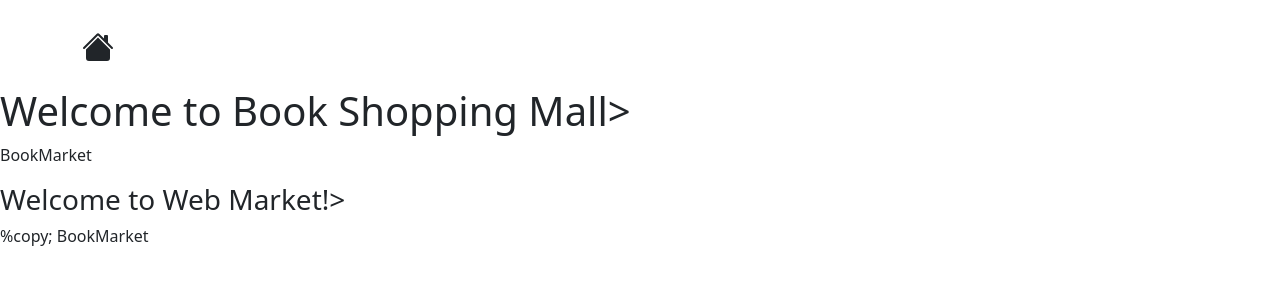
Repository: sanghyunlee7680/JSP-practice
Page: http://localhost/bookmarket/
These files come from the project's save history. The page is drawn as it stood at one moment and after the next save; the edit follows.
The browser window is 1280 px wide. The pictures show the whole page.
The page is served by Tomcat 10. Other server files are loaded and not shown.

Above is the page before, as saved 2024-10-08 02:28:51.

### bookmarket/src/main/webapp/welcome.jsp
<%@ page language="java" contentType="text/html; charset=UTF-8"
    pageEncoding="UTF-8"%>
<!DOCTYPE html>
<html>
<head>
<meta charset="UTF-8">
<title>Insert title here</title>
<link href="https://cdn.jsdelivr.net/npm/bootstrap@5.3.0-alpha1/dist/css/bootstrap.min.css" rel="stylesheet">
</head>
<body>
	<div>
		<header class="container py-4">
			<a>
				<svg  width="32" height="32" fill="currentColor" class="bi bi-house-fill" viewBox="0 0 16 16">
            		<path d="M8.707 1.5a1 1 0 0 0-1.414 0L.646 8.146a.5.5 0 0 0 .708.708L8 2.207l6.646 6.647a.5.5 0 0 0 .708-.708L13 5.793V2.5a.5.5 0 0 0-.5-.5h-1a.5.5 0 0 0-.5.5v1.293L8.707 1.5Z"/>
            		<path d="m8 3.293 6 6V13.5a1.5 1.5 0 0 1-1.5 1.5h-9A1.5 1.5 0 0 1 2 13.5V9.293l6-6Z"/>
        		</svg>
        		<span class="fs-4")Home</span>
			</a>
		</header>
		<%!
		String greeting = "Welcome to Book Shopping Mall";
		String tagline = "Welcome to Web Market!";
		%>
		<div>
			<h1><%=greeting  %>></h1>
			<p>BookMarket</p>
		</div>
		<div>
			<div>
				<div>
					<h3><%=tagline  %>></h3>
				</div>
			</div>
		</div>
		<footer>
			%copy; BookMarket
		</footer>
	</div>

</body>
</html>

After the next save:
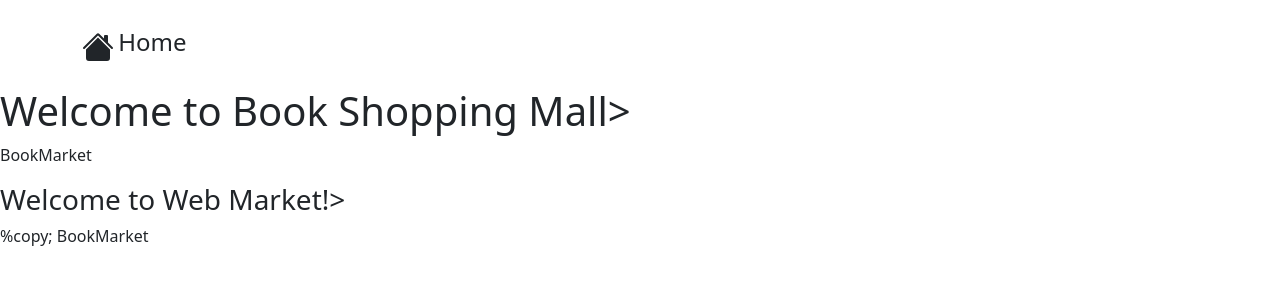
Saved 21 s later.
--- a/bookmarket/src/main/webapp/welcome.jsp
+++ b/bookmarket/src/main/webapp/welcome.jsp
@@ -15,7 +15,7 @@
             		<path d="M8.707 1.5a1 1 0 0 0-1.414 0L.646 8.146a.5.5 0 0 0 .708.708L8 2.207l6.646 6.647a.5.5 0 0 0 .708-.708L13 5.793V2.5a.5.5 0 0 0-.5-.5h-1a.5.5 0 0 0-.5.5v1.293L8.707 1.5Z"/>
             		<path d="m8 3.293 6 6V13.5a1.5 1.5 0 0 1-1.5 1.5h-9A1.5 1.5 0 0 1 2 13.5V9.293l6-6Z"/>
         		</svg>
-        		<span class="fs-4")Home</span>
+        		<span class="fs-4">Home</span>
 			</a>
 		</header>
 		<%!
